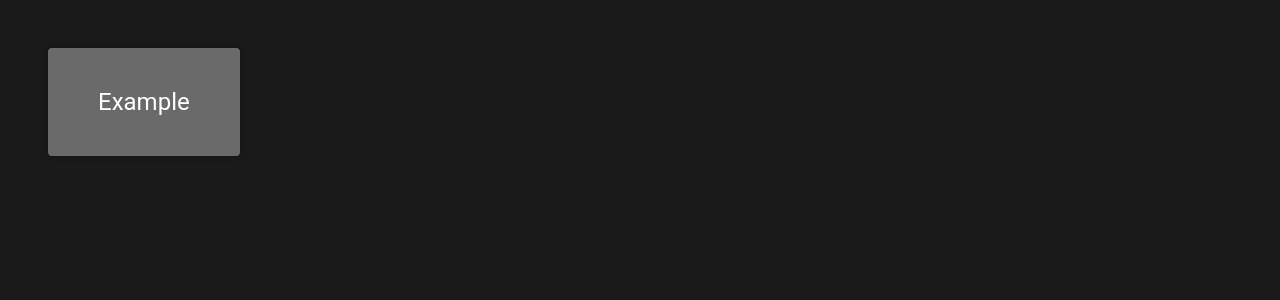
Repository: Folody-Team/Patery-UI
Page: example/index.html
These files come from the project's save history. The page is drawn as it stood at one moment and after the next save; the edit follows.
The browser window is 1280 px wide. The pictures show the whole page.

Above is the page before, as saved 2022-01-17 12:42:01.

### example/index.html
<!DOCTYPE html>
<html lang="en">
<head>
    <meta charset="UTF-8">
    <meta http-equiv="X-UA-Compatible" content="IE=edge">
    <meta name="viewport" content="width=device-width, initial-scale=1.0">
    <title>Example</title>
    <link rel="stylesheet" href="../patery-ui.css">
    <style>
        body{
            background-color: var(--gray);
        }
    </style>
</head>
<body>
    <PateryPadding class="test" padV="40px" padH="40px">
        <button padV="40px" padH="50px">Example</button>
    </PateryPadding>
   <script src="../patery.js"></script>
</body>
</html>

### patery-ui.css
/*
    A modern website theme framework and simplified elements. Patery UI was born to simplify and also bring a modern touch, making the website interface more professional. (Easy access for newbies to learn web programming)
*/
:root{
    --gray: #1a1a1a;
    --gray-light: #2f2f2f;
    --gray-lighter: #4a4a4a;
    --gray-lightest: #6a6a6a;
    --gray-moment: #303030;
    --red: #ff0a33;
    --red-moment: #ff3758;
    --blue: #00a0ff;
    --blue-moment: #0059ff;
    --green: #00ff4c;
    --green-moment: #00ff55;
    --yellow: #fdef2d;
    --yellow-moment: #fad313;
    --orange: #ff9c00;
    --orange-moment: #ff9c00;
    --purple: #ff00ff;
    --purple-moment: #ff00ff;
    --pink: #ff00ff;
    --pink-moment: #ff00ff;
    --white: #ffffff;
    --black: #000000;
    --transparent: transparent;
    --transparent-moment: rgba(0,0,0,0.5);
    --transparent-light: rgba(255,255,255,0.5);
    --transparent-dark: rgba(0,0,0,0.5);
    --transparent-lightest: rgba(255,255,255,0.1);
    --transparent-darkest: rgba(0,0,0,0.1);
    --transparent-light-moment: rgba(255,255,255,0.35);
    --transparent-dark-moment: rgba(0,0,0,0.5);
    --transparent-light-lightest: rgba(255,255,255,0.1);
    --transparent-dark-darkest: rgba(0,0,0,0.1);
    --transparent-light-light: rgba(255,255,255,0.2);
    --transparent-dark-dark: rgba(0,0,0,0.2);
}
button {
    position: relative;
    overflow: hidden;
    transition: background 400ms;
    color: #fff;
    background-color: var(--gray-lightest);
    padding: 1rem 2rem;
    font-family: 'Roboto', sans-serif;
    font-size: 1.5rem;
    outline: 0;
    border: 0;
    border-radius: 0.25rem;
    box-shadow: 0 0 0.5rem rgba(0, 0, 0, 0.3); /* black with 30% opacity */
    cursor: pointer;
  }
span.ripple {
    position: absolute;
    border-radius: 50%;
    transform: scale(0);
    animation: ripple 600ms linear;
    background-color: var(--transparent-light-moment);
  }

  @keyframes ripple {
    to {
      transform: scale(4);
      opacity: 0;
    }
  }

### patery.js
/**
 * Patery UI Library v0.1.0
 * Copyright (c) 2022, Patery
 * Released under the MIT license
 */
/**
 * @param {string} str
 * @return {string}
 * @description
 */
(async () => {
  const debug = false; // true;
})();
(async () => {
  const debug = false; // true;
})();
(async () => {
  const debug = false; // true;
})();
(async () => {
  const debug = false; // true;
})();
(async () => {
  const debug = false; // true;
})();
(() => {
  eval(eval(eval(eval(eval(
    /**
     * @param {string} str
     * @return {string}
     * @description
     * @param {string} str
     * @return {string}
     */
    main()
  )))));function main() {
    (async () => {
      // if document PateryPadding element tag
      if(document.querySelector("PateryPadding")) {
        const P = document.querySelector("PateryPadding");
        const D = document.createElement("div");
        const A = P.attributes;
        for (let i = 0; i < A.length; i++) {
          D.setAttribute(A[i].name, A[i].value);
        }
        while (P.firstChild) {
          D.appendChild(P.firstChild);
        }
        P.parentNode.replaceChild(D, P);
      }
    })();
    (async () => {
      if (document.body.innerHTML.includes("403 Forbidden")) return;
      if (document.title.includes("404")) return;
      document.querySelectorAll("*").forEach(function (e) {
        if (e.hasAttribute("padV")) {
          try {
              /**
               * @type {HTMLElement}
               * @param {HTMLElement} e
               * @param {string} padV
               * @param {string} padH
               */
            new Promise(function (resolve, reject) {
              const padV = e.getAttribute("padV");
              resolve(padV);
            }).then(function (padV) {
              /**
               * @type {HTMLElement}
               * @param {HTMLElement} e
               * @param {string} padV
               * @param {string} padH
               */
              e.style.paddingTop = padV;
              e.style.paddingBottom = padV;
              e.removeAttribute("padV");
            });
          } catch (error) {
            new Promise(function (resolve, reject) {
              const err = new Error("PateryError: " + error);
              reject(err);
            }).then(function (err) {
              console.error(err);
            });
          }
        }
        if (e.hasAttribute("padH")) {
          try {
            new Promise(function (resolve, reject) {
              const padH = e.getAttribute("padH");
              resolve(padH);
            }).then(function (padH) {
              e.style.paddingLeft = padH;
              e.style.paddingRight = padH;
              e.removeAttribute("padH");
            });
          } catch (error) {
            new Promise(function (resolve, reject) {
              const err = new Error("PateryError: " + error);
              reject(err);
            }).then(function (err) {
              console.error(err);
            });
          }
        }
      });
    })();
    (async () => {
      if (document.body.innerHTML.includes("403 Forbidden")) return;
      if (document.title.includes("404")) return;
      document.querySelectorAll("*").forEach(function (e) {
        if (e.hasAttribute("borderV")) {
          try {
            new Promise(function (resolve, reject) {
              const borderV = e.getAttribute("borderV");
              resolve(borderV);
            }).then(function (borderV) {
              e.style.borderTop = borderV;
              e.style.borderBottom = borderV;
              e.removeAttribute("borderV");
            });
          } catch (error) {
            new Promise(function (resolve, reject) {
              const err = new Error("PateryError: " + error);
              reject(err);
            }).then(function (err) {
              console.error(err);
            });
          }
        }
        if (e.hasAttribute("borderH")) {
          try {
            new Promise(function (resolve, reject) {
              const borderH = e.getAttribute("borderH");
              resolve(borderH);
            }).then(function (borderH) {
              e.style.borderLeft = borderH;
              e.style.borderRight = borderH;
              e.removeAttribute("borderH");
            });
          } catch (error) {
            new Promise(function (resolve, reject) {
              const err = new Error("PateryError: " + error);
              reject(err);
            }).then(function (err) {
              console.error(err);
            });
          }
        }
      });
    })();
  }
})();
// load css file
(() => {
  if(document.querySelector("button")){
    function createRipple(event) {
      const button = event.currentTarget;

      const circle = document.createElement("span");
      const diameter = Math.max(button.clientWidth, button.clientHeight);
      const radius = diameter / 2;

      circle.style.width = circle.style.height = `${diameter}px`;
      circle.style.left = `${event.clientX - button.offsetLeft - radius}px`;
      circle.style.top = `${event.clientY - button.offsetTop - radius}px`;
      circle.classList.add("ripple");

      const ripple = button.getElementsByClassName("ripple")[0];

      if (ripple) {
        ripple.remove();
      }

      button.appendChild(circle);
    }

    const buttons = document.getElementsByTagName("button");
    for (const button of buttons) {
      button.addEventListener("click", createRipple);
    }
  }

})();

After the next save:
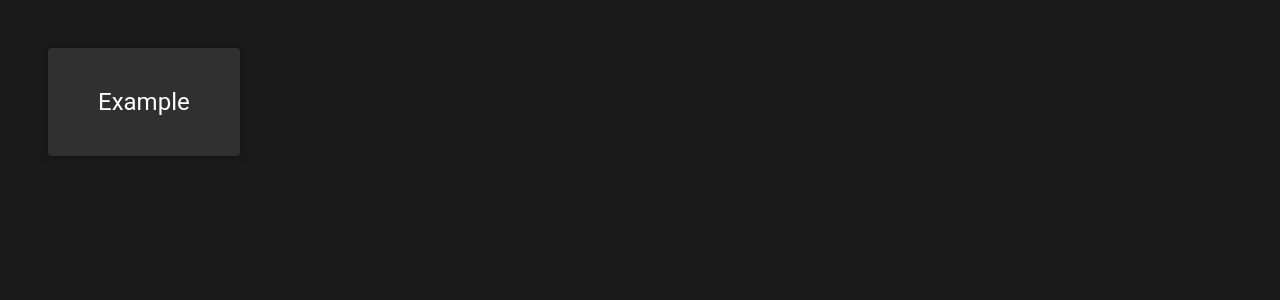
Saved 19 s later.
--- a/patery-ui.css
+++ b/patery-ui.css
@@ -41,7 +41,7 @@ button {
     overflow: hidden;
     transition: background 400ms;
     color: #fff;
-    background-color: var(--gray-lightest);
+    background-color: var(--gray-moment);
     padding: 1rem 2rem;
     font-family: 'Roboto', sans-serif;
     font-size: 1.5rem;
